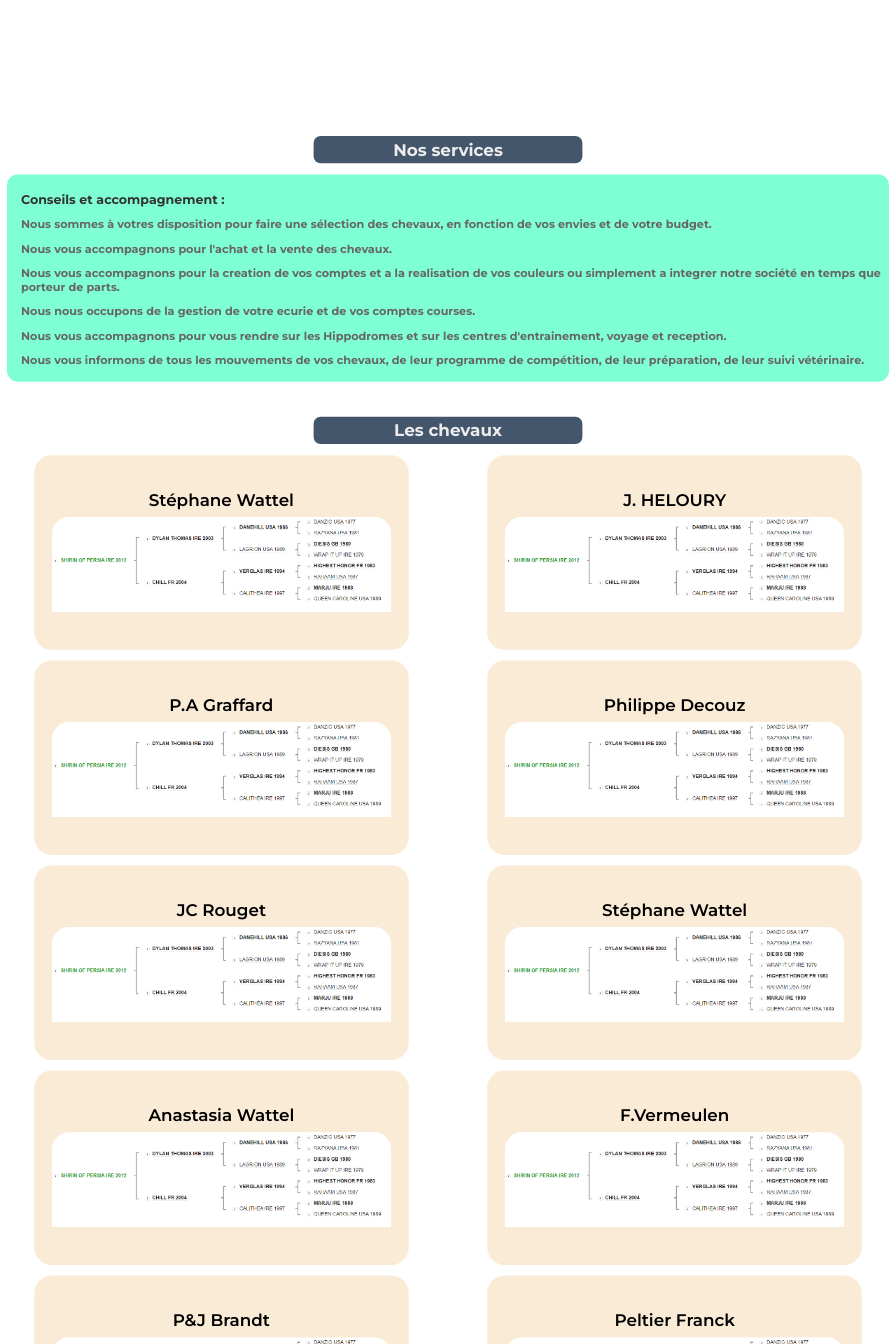
Repository: Vanitti/Site-web
Page: index.html
The author's editor kept a copy of each file at every save. The page is drawn from the files as they stood at one save, then again after the next save.
The browser window is 1280 px wide. The pictures show the part of the page from y = 435 to 2355 px (the page is 4055 px tall), at 70% of full size.
Pictures or frames that could not be fetched are drawn as grey boxes. Some web libraries are served in a nearby version.

Above is the page before, as saved 2023-06-24 15:14:38.
Not found: app.js

### index.html
<!DOCTYPE html>
<html lang="fr">
<head>
    <meta charset="UTF-8">
    <meta name="viewport" content="width=device-width, initial-scale=1.0">
    <title>F&F Horses</title>
    <link rel="icon" href="images/couleur-t.png">
    <link rel="stylesheet" href="index.css">
    <script src="app.js"></script>
    <script src="https://cdnjs.cloudflare.com/ajax/libs/font-awesome/5.12.0-2/js/all.min.js"></script>
</head>
<body>
    <header class="header">
        <img src="images/couleur-t.png" alt="Logo du site">
        <nav class="nav">
            <li><a href="#accueil" class="transition">Accueil</a></li>
            <li><a href="#services" class="transition">Nos services</a></li>
            <li><a href="#chevaux" class="transition">Nos chevaux</a></li>
            <li><a href="#courses" class="transition">Le monde des courses</a></li>
            <li><a href="#histoire" class="transition">Histoire</a></li>
            <li><a href="#contact" class="transition">Contact</a></li>
            <li><a href="login.html">Se connecter</a></li>
        </nav>
    </header>

    <section  id="accueil">
        <div class="landing-page">
          <video class="video-container" id="background-video" autoplay loop muted><source src="images/video/F&F horses.mp4" type="video/mp4" ></video>
          <h1 class="big-title">F&F Horses</h1>
        </div>
    </section>


<!-- Nos services-->
<h1 id="services" class="section-title" >Nos services</h1>

<div class="s">
<h2 class="section-sous">Conseils et accompagnement :</h2>
<h3 class="texte">Nous sommes à votres disposition pour faire une sélection des chevaux, en fonction de vos envies et de votre budget.</h3>
<h3 class="texte">Nous vous accompagnons pour l'achat et la vente des chevaux.</h3>
<h3 class="texte">Nous vous accompagnons pour la creation de vos comptes et a la realisation de vos couleurs ou simplement a integrer notre société en temps que porteur de parts.</h3>
<h3 class="texte">Nous nous occupons de la gestion de votre ecurie et de vos comptes courses.</h3>
<h3 class="texte">Nous vous accompagnons pour vous rendre sur les Hippodromes et sur les centres d'entrainement, voyage et reception.</h3>
<h3 class="texte">Nous vous informons de tous les mouvements de vos chevaux, de leur programme de compétition, de leur préparation, de leur suivi vétérinaire.</h3>
</div>

<!-- Nos chevaux -->
<h1 id="chevaux" class="section-title" >Les chevaux</h1>

<div class="entraineur">
    <div ><h3 >Stéphane Wattel</h3><img class="cheval" src="images/chevaux/1.png"></div>
    <div ><h3 >J. HELOURY</h3><img class="cheval" src="images/chevaux/1.png"></div>
    <div ><h3 >P.A Graffard</h3><img class="cheval" src="images/chevaux/1.png"></div>
    <div ><h3 >Philippe Decouz</h3><img class="cheval" src="images/chevaux/1.png"></div>
    <div ><h3 >JC Rouget</h3><img class="cheval" src="images/chevaux/1.png"></div>
    <div ><h3 >Stéphane Wattel</h3><img class="cheval" src="images/chevaux/1.png"></div>
    <div ><h3 >Anastasia Wattel</h3><img class="cheval" src="images/chevaux/1.png"></div>
    <div ><h3 >F.Vermeulen</h3><img class="cheval" src="images/chevaux/1.png"></div>
    <div ><h3 >P&J Brandt</h3><img class="cheval" src="images/chevaux/1.png"></div>
    <div ><h3 >Peltier Franck</h3><img class="cheval" src="images/chevaux/1.png"></div>
</div>

<!-- Le monde des courses -->
<h1 id="courses" class="section-title" >Le monde des courses</h1>

<div class="c">
<h2 class="section-sous">Achat et vente des chevaux :</h2>
<h3 class="texte">A l'elevage, a l'amiable a l'entrainement, aux ventes aux enchères, pendant les courses dites a reclamer.</h3>
<h3 class="texte">Il est possible d'acquérir qu'un pourcentage sur un cheval, ce qui permet de minimiser les risques et d'avoir une écurie plus grande en nombre de chevaux.</h3>
<h3 class="texte">1 ou 4 chevaux à 25%.</h3>
</div>

<div class="c">
<h2 class="section-sous">Prix des chevaux :</h2>
<h3 class="texte">Il est difficle de donner un prix moyen, la valeur d'un cheval peut aller de quelques milliers d'euro a plusieurs millions. Raisonnablement, un cheval d'une valeur de 50 à 100 000 euro peut faire de belles courses. En principe plus la valeur du cheval est grande, plus il est susceptible de courir des courses de renom, les gains étant en rapport.</h3>
<h3 class="texte">En Un trotteur peut courir a partir de 2ans jusqu'a 10ans. Il doit atteindre un minimal chronometrique ( de 2 à 5ans) pour avoir le droit de courir sur un Hippodrome (environ 20 sur 2000 metres).</h3>
<h3 class="texte">Un pur-sang peut courir à partir de 2 ans pour les courses de plat et 3ans pour les courses d'obstacles, jusqu'a 6ans, la meilleure performance étant à 4ans.</h3>
<h3 class="texte">C'est l'entraineur qui décide a quelle course doit participer le cheval (en fonction de nombreux critères : age, sexe, distance, type de sol, concurrence, carriere du cheval...).</h3>
</div>

<div class="c">
<h2 class="section-sous">Gestion des courses :</h2>
<h3 class="texte">Les courses sont en réparties en 2 catégories :</h3>
<h3 class="texte">-Le trot, géré par le trotteur francais</h3>
<h3 class="texte">-Le galop et l'obstacle gérés par France Galop</h3>
<h3 class="texte">L'ensemble sous la tutelle du PMU. Les propriétaires peuvent étre en nom propre ou avoir des parts dans une société. Une demande doit etre faite aupres de la police judiciaire pour avoir droit au statut de "Propriétaire".</h3>
</div>

<div class="c">
<h2 class="section-sous">Fonctionnement :</h2>
<h3 class="texte">Un ecurie de chevaux de courses, c'est comme une équipe de Football, il faut des jeunes pour construire l'avenir et des chevaux d'age pour avoir des partants sur les hippodromes. Il faut tenir compte des blessures qui peuvent avoir de l'incidence dans l'organisation de l'ecurie, les chevaux de course étant des athletes a part entiere.</h3>
<h3 class="texte">-Le choix de la discipline est tres importante mais une ecurie peut avoir des chevaux dans les trois spécialités.</h3>
<h3 class="texte">Pour ma part, je trouve que le steeple-chase ainsi que les courses de haies sont trops dangereuses pour les chevaux où de nombreuses chutes sont fréquentes.</h3>
<h3 class="texte">-Les entraineurs peuvent etre choisi independamment par le cheval (ce qui n'est pas le cas dans une équipe de foot...), mais il est préferable de regrouper quelques chevaux chez un meme entraineur, ce qui facilite la communication ainsi que les visites des chevaux à l'entrainement.</h3>
</div>

<!-- Histoire -->
<h1 id="histoire" class="section-title" >Notre histoire</h1>

<div class="h">
<h3 class="texte">Dans le milieu du cheval depuis plus de 50 ans, Frederic Vanotti a été actif dans le monde des chevaux de course par le biais de son pere passionné egalement, propriétaire de nombreux gagnants et également élveur de pur-sang.</h3>
<h3 class="texte">Un rencontre en 2014 à provoqué la creation de la société F&F Horses. Un éleveur Normand de grande réputation a proposé des parts sur 2 poulains qui galopaient dans les prés.</h3>
<h3 class="texte">De retour en region Rhone-Alpes, un ami prit part a l'aventure afin de permettre a F&F Horses de voir le jou !.</h3>
<h3 class="texte">Depuis, de nombreux chevaux ont porté les couleurs de F&F Horses et l'entente avec le Haras Normand perdure toujours.</h3>
</div>

<!-- Footer -->

<footer id="contact" class="footer">
  <p class="HG">&copy; 2023 - F&F horses</p>
  <p class="HG"><a href="tel:+33 6 09 69 26 37">+33 6 09 69 26 37</a></p>
  <p class="HG"><a href="mailto:ffhorses01@gmail.com">ffhorses01@gmail.com</a></p>
  <p class="HG"><a href="Formulaire de contact.html">Formulaire de contact</a></p>
  <p class="HG">560 route de Maillat, 01430 Peyriat, France</p>
</footer>



<script src="app.js"></script>
</body>
</html>

### index.css
@import url('https://fonts.googleapis.com/css2?family=Montserrat:wght@100;200;300;400;500;600;700;800;900&display=swap');
@import url('https://fonts.googleapis.com/css2?family=Abril+Fatface&display=swap');
@import url('https://fonts.googleapis.com/css2?family=Roboto:wght@300&display=swap');

html {
  scroll-behavior: smooth;
}

body {
  margin: 0;
  padding: 0;
  font-family: 'Montserrat', sans-serif;
}

header {
  display: flex;
  align-items: center;
}

.scroll-down {
  color: white;
  text-decoration: none;
  position: absolute;
  bottom: 0;
}

/* Typographie */
.section-title {
    background-color: #f0ebeb;
    border-radius: 10px;
    font-size: 24px;
    font-weight: bold;
    color: #333;
    text-align: center;
    background-color: #44566c;
    color: #ececec;
    margin-left: 35%;
    margin-right: 35%;
    margin-top: 50px;
    padding: 5px;
  }

  .section-sous {
    font-size: 18px;
    font-weight: bold;
    color: #333;
    margin-top: 20px;
    margin-left: 15px;
  }

  .texte {
    font-size: 16px;
    color: #666;
    margin-top: 10px;
    margin-left: 15px;
  }


/* Navigation */
nav.nav {
  z-index: 7;
  top: 10px;
  position: fixed;
  display: flex;
  list-style: none;
  justify-content: center;
  align-items: center;
  line-height: 30px;
  transition: all 0.3s ease;
  white-space: nowrap; /* Ajout de la propriété pour empêcher le retour à la ligne */
  background-color: #201b22;
  opacity: 0.75;
  padding: 15px;
  left: 150px;
  right: 15px;
  border-radius: 15px;
  justify-content: space-between;
}

nav.nav li a {
  justify-content: space-between;
  text-decoration: none;
  font-weight: 600;
  transition: all 0.3s ease;
  color: #ececec;
  font-size: 20px;
  margin: 0; /* Supprimer les marges horizontales des liens */
}

nav.nav li a:hover {
  color: #4b5e65; /* Changement de couleur au survol */
  background-color: #ececec; /* Changement de couleur d'arrière-plan au survol */
  border-radius: 5px;
  padding: 5px;
}

/* Accueil */
header img {
  width: 150px;
  height: 150px;
  top: 0;
  left: 0;
  position: absolute;
}

.top-page {
  background: url('images/galoubet1.jpg');
  background-size: cover;
  height: 80vh;
  padding: 25px;
  z-index: -2;
}

#background-video {
  width: 100%;
  height: 80vh;
  object-fit: cover;
  background-size: cover;
  height: 80vh;
  z-index: -2;
  position: relative;
}

.big-title {
    color: #f1f1f1;
    font-size: 140px;
    font-family: 'Abril Fatface', cursive;
    font-weight: 100;
    text-shadow: 2px 2px 4px rgba(0, 0, 0, 0.5);
    position: absolute;
    top: 0;
    transform: translate(50%, 50%);
  }

/* Nos chevaux */
#chevaux {
    font-size: 24px;
    font-weight: bold;
    text-align: center;
    margin-top: 50px;
  }

  .entraineur {
    display: grid;
    grid-template-columns: 1fr 1fr;
    grid-gap: 15px;
    justify-items: center;
    align-items: center;
    margin-top: 15px;
  }

  .entraineur div {
    text-align: center;
    background-color: antiquewhite;
    padding: 25px;
    border-radius: 25px;
  }

  .entraineur img {
    border-radius: 25px;
    max-width: 100%;
    height: auto;
    padding-bottom: 25px;
  }

  .entraineur h3 {
    font-size: 24px;
    font-weight: 600;
    margin-bottom: 10px;
  }

/* div */
.c {
    background-color: aliceblue;
    margin: 10px;
    border-radius: 15px;
    padding: 5px;
}

.s {
    background-color:aquamarine;
    margin: 10px;
    border-radius: 15px;
    padding: 5px;
}

.h {
    background-color: burlywood;
    margin: 10px;
    border-radius: 15px;
    padding: 5px;
}

/* footer */
footer {
    margin-top: 30px ;
    display: flex;
    justify-content: center;
    align-items: center;
    flex-wrap: wrap;
    padding: 15px;
    background-color: #313131;
  }

  footer p {
    margin: 0 10px;
    color: #f1f1f1;
  }

  .HG a {
    color: #f1f1f1;
    text-decoration: none;
  }

  .HG a:hover {
    color: white;
    font-weight: bold;
    transition: 0.3s;
  }

After the next save:
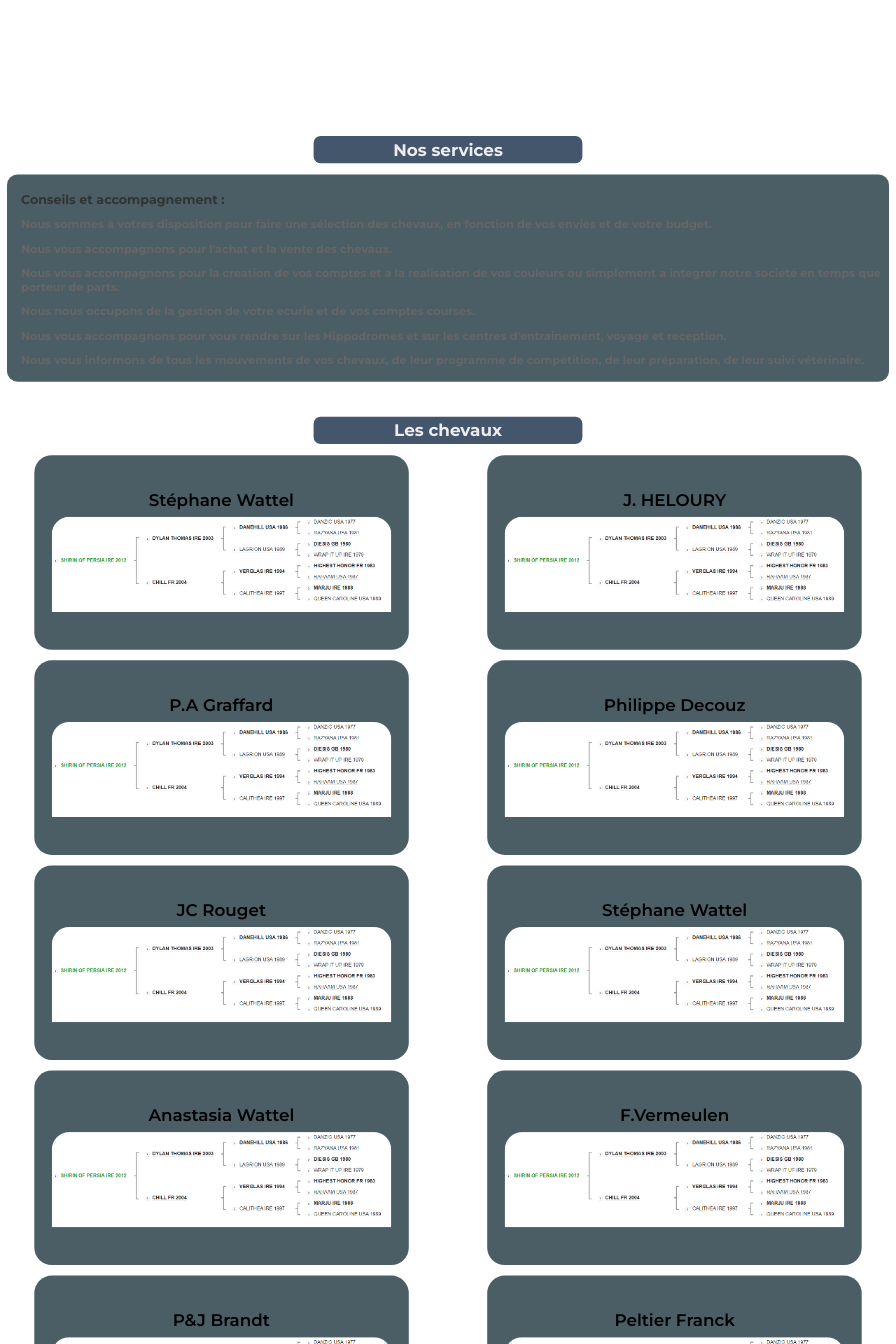
Saved 41 s later.
--- a/index.css
+++ b/index.css
@@ -151,7 +151,7 @@ header img {
 
   .entraineur div {
     text-align: center;
-    background-color: antiquewhite;
+    background-color: #4b5e65;
     padding: 25px;
     border-radius: 25px;
   }
@@ -171,21 +171,21 @@ header img {
 
 /* div */
 .c {
-    background-color: aliceblue;
+    background-color: #4b5e65;
     margin: 10px;
     border-radius: 15px;
     padding: 5px;
 }
 
 .s {
-    background-color:aquamarine;
+    background-color:#4b5e65;
     margin: 10px;
     border-radius: 15px;
     padding: 5px;
 }
 
 .h {
-    background-color: burlywood;
+    background-color: #4b5e65;
     margin: 10px;
     border-radius: 15px;
     padding: 5px;
